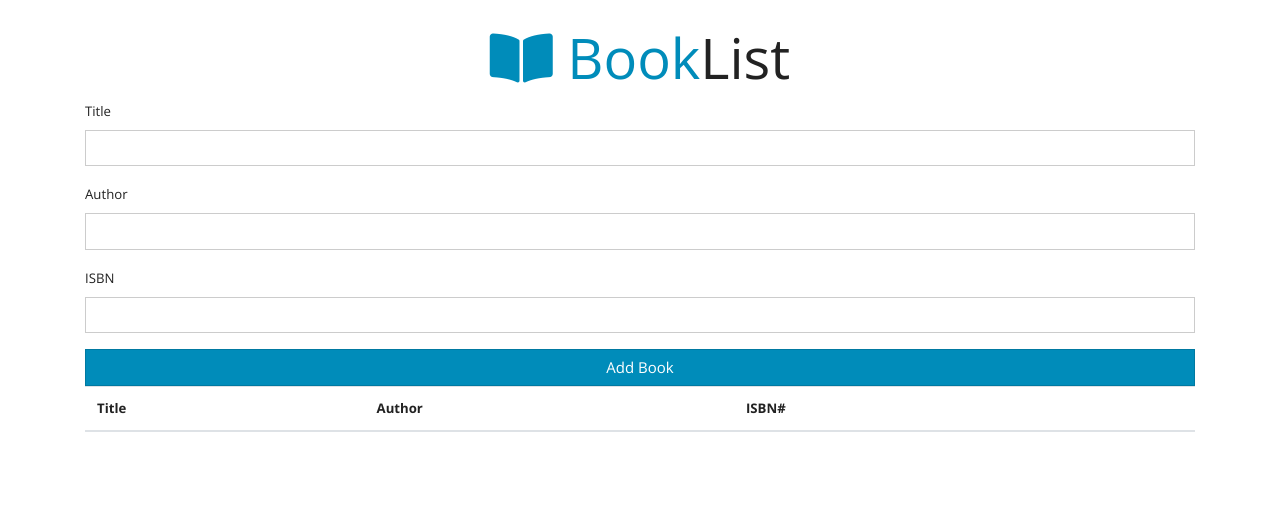
Repository: carrascomcesar/JSBOOKLIST
Page: index.html
The author's editor kept a copy of each file at every save. The page is drawn from the files as they stood at one save, then again after the next save.
The browser window is 1280 px wide. The pictures show the whole page.
Some web libraries are served in a nearby version.

Above is the page before, as saved 2021-02-01 10:45:48.

### index.html
<!DOCTYPE html>
<html lang="en">
<head>
    <meta charset="UTF-8">
    <meta name="viewport" content="width=device-width, initial-scale=1.0">
    <link rel="stylesheet" href="https://pro.fontawesome.com/releases/v5.10.0/css/all.css"
        integrity="sha384-AYmEC3Yw5cVb3ZcuHtOA93w35dYTsvhLPVnYs9eStHfGJvOvKxVfELGroGkvsg+p" crossorigin="anonymous" />

    <link rel="stylesheet" href="https://bootswatch.com/4/yeti/bootstrap.min.css">
    <title>Booklist App</title>
</head>
<body>
    <div class="container mt-4">
        <h1 class="display-4 text-center">
            <i class="fa-book-open fas text-primary"></i>
            <span class="text-primary">Book</span>List
        </h1>
        <form id="book-form">
            <div class="form-group">
                <label for="title">Title</label>
                <input type="text" name="" id="title" class="form-control">
            </div>
            <div class="form-group">
                <label for="author">Author</label>
                <input type="text" name="" id="author" class="form-control">
            </div>
            <div class="form-group">
                <label for="isbn">ISBN</label>
                <input type="text" name="" id="isbn" class="form-control">
            </div>
            <input type="submit" value="Add Book" class="btn btn-primary btn-block">
        </form>
        <table class="table table-stripe">
            <thead>
                <tr>
                    <th>Title</th>
                    <th>Author</th>
                    <th>ISBN#</th>
                    <th></th>
                </tr>
            </thead>
            <tbody id="book-list">
            </tbody>
        </table>
    </div>
</body>
</html>

After the next save:
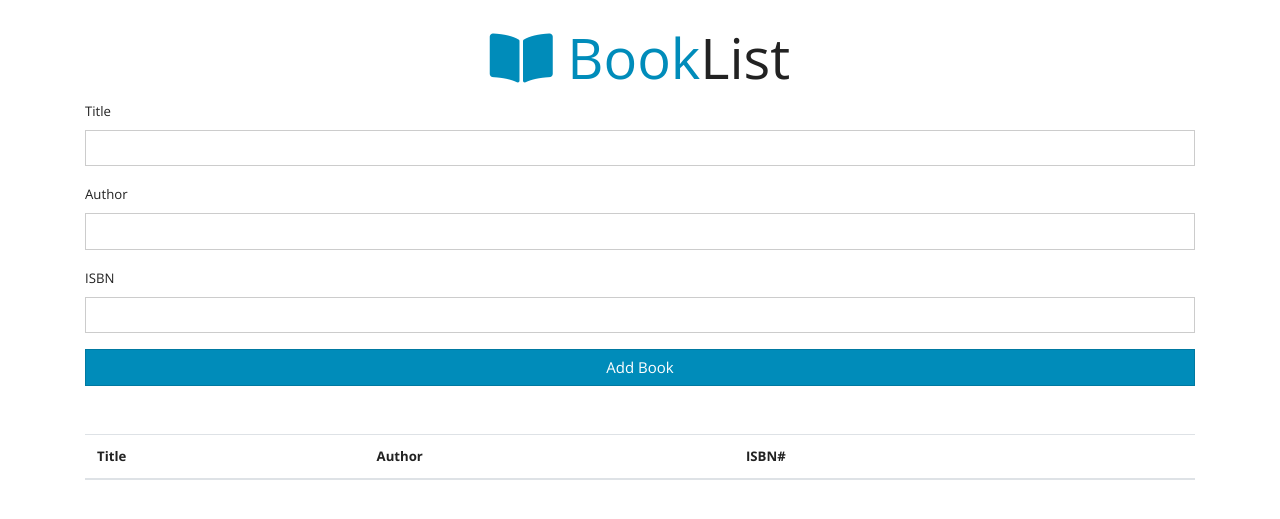
Saved 15 s later.
--- a/index.html
+++ b/index.html
@@ -30,7 +30,7 @@
             </div>
             <input type="submit" value="Add Book" class="btn btn-primary btn-block">
         </form>
-        <table class="table table-stripe">
+        <table class="table table-stripe mt-5">
             <thead>
                 <tr>
                     <th>Title</th>
